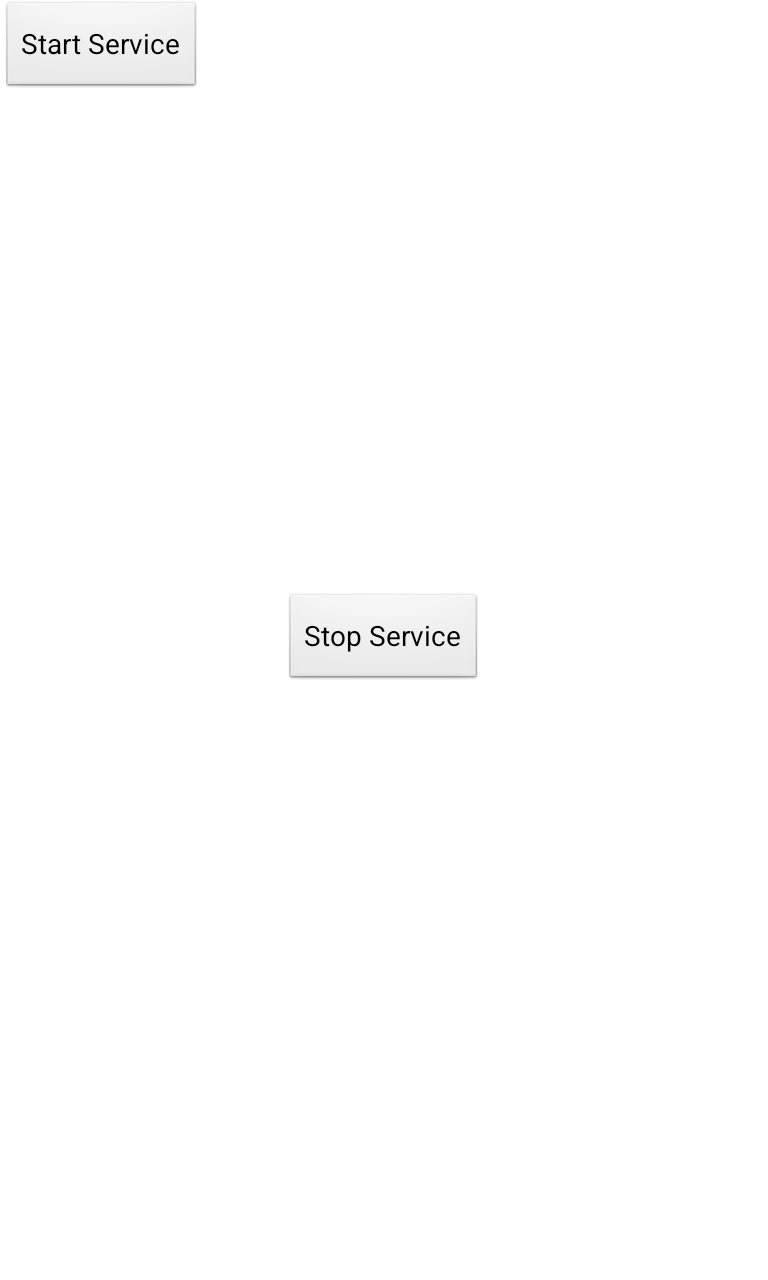
Repository: terraego/Wifidroid
Layout: server/res/layout/activity_wifi_droid_server.xml
These files come from the project's save history. The layout is drawn as it stood at one moment and after the next save; the edit follows.
It is drawn on a 768 x 1280 px phone screen (xhdpi) without system bars, with theme AppTheme; the app's code is not run.

Above is the layout before, as saved 2012-07-06 15:08:59.

After the next save:
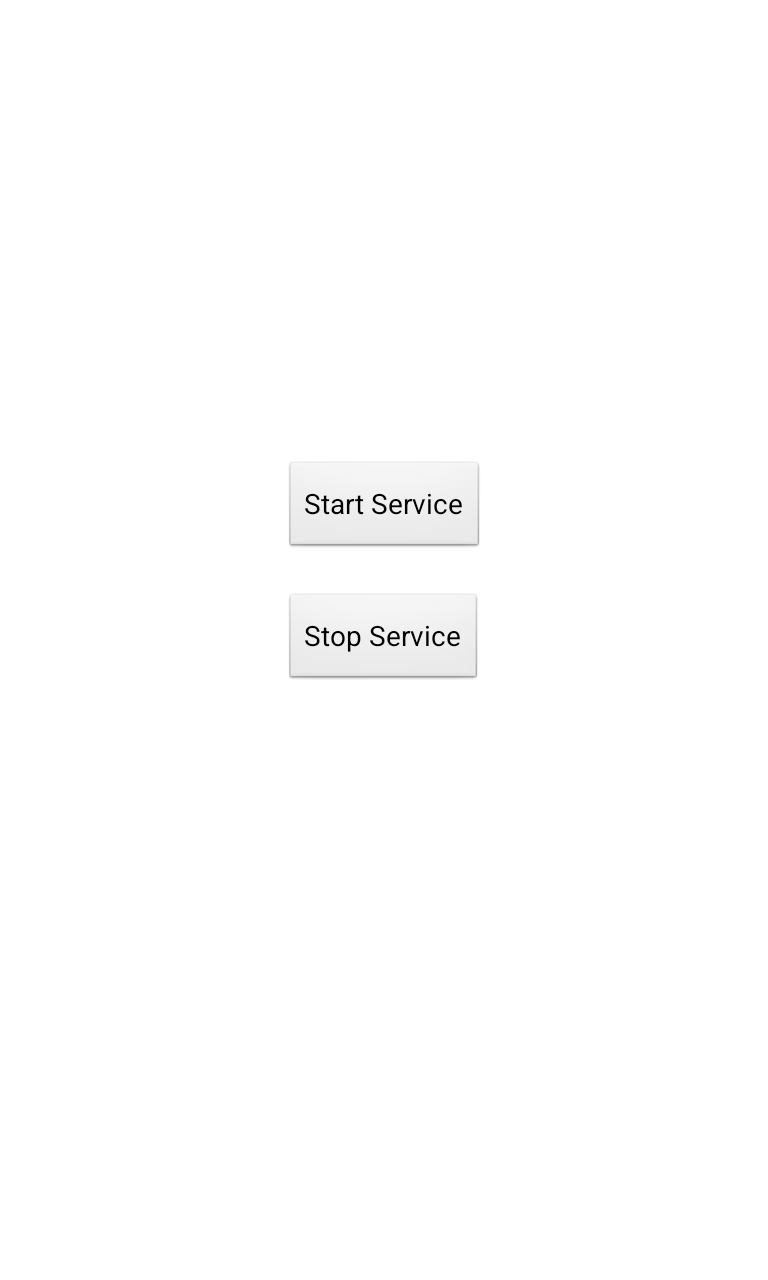
Saved 5 s later.
--- a/server/res/layout/activity_wifi_droid_server.xml
+++ b/server/res/layout/activity_wifi_droid_server.xml
@@ -13,14 +13,13 @@
         android:layout_centerVertical="true"
         android:text="@string/StopService" />
 
-
     <Button
         android:id="@+id/startService"
         android:layout_width="wrap_content"
         android:layout_height="wrap_content"
-        android:layout_above="@+id/button2"
-        android:layout_alignRight="@+id/button2"
-        android:layout_marginBottom="24dp"
+        android:layout_above="@+id/stopService"
+        android:layout_alignLeft="@+id/stopService"
+        android:layout_marginBottom="18dp"
         android:text="@string/StartService" />
 
 </RelativeLayout>
